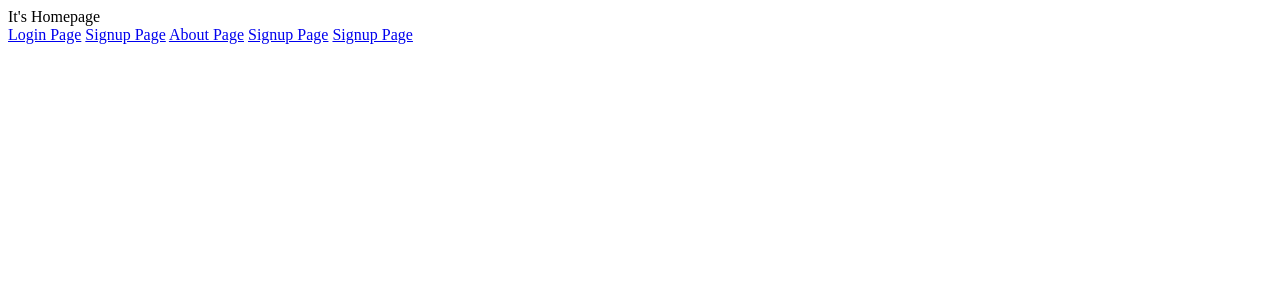
Repository: swapnil-dakhole/Java_code
Page: http://localhost/Basic_application_based_on_mvc/
These files come from the project's save history. The page is drawn as it stood at one moment and after the next save; the edit follows.
The browser window is 1280 px wide. The pictures show the whole page.
The page is served by Tomcat 10.

Above is the page before, as saved 2024-01-24 12:25:13.

After the next save:
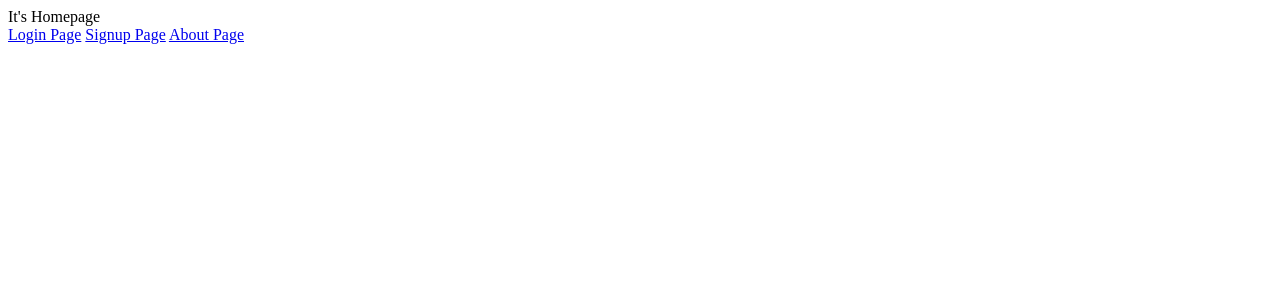
Saved 112 s later.
--- a/Basic application based on mvc/src/main/webapp/index.jsp
+++ b/Basic application based on mvc/src/main/webapp/index.jsp
@@ -11,7 +11,5 @@
 	<a href="<%=request.getContextPath() %>/Controller?page=login">Login Page</a>
 	<a href="<%=request.getContextPath() %>/Controller?page=login">Signup Page</a>
 	<a href="<%=request.getContextPath() %>/Controller?page=login">About Page</a>
-	<a href="<%=request.getContextPath() %>/Controller?page=login">Signup Page</a>
-	<a href="<%=request.getContextPath() %>/Controller?page=login">Signup Page</a>
 </body>
 </html>
